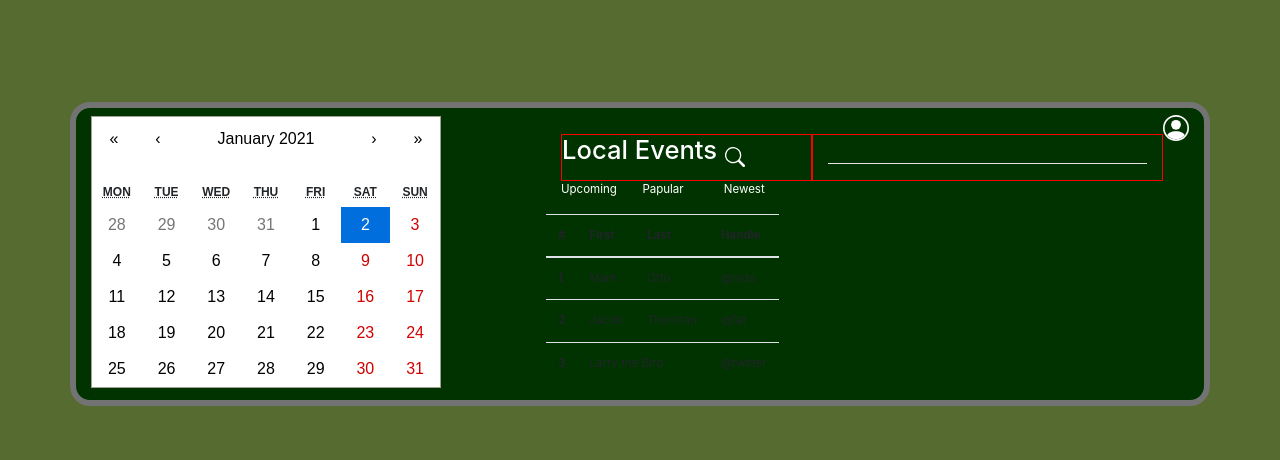
Repository: lalji-yadav/Calendar-code
Page: /
These files come from the project's save history. The page is drawn as it stood at one moment and after the next save; the edit follows.
The browser window is 1280 px wide. The pictures show the whole page.
The project was rebuilt for these pictures with package versions that can differ from the ones it lists, and the page was loaded fresh each time. Also part of the build but not shown: src/App.css.

Above is the page before, as saved 2021-01-03 15:41:52.

After the next save:
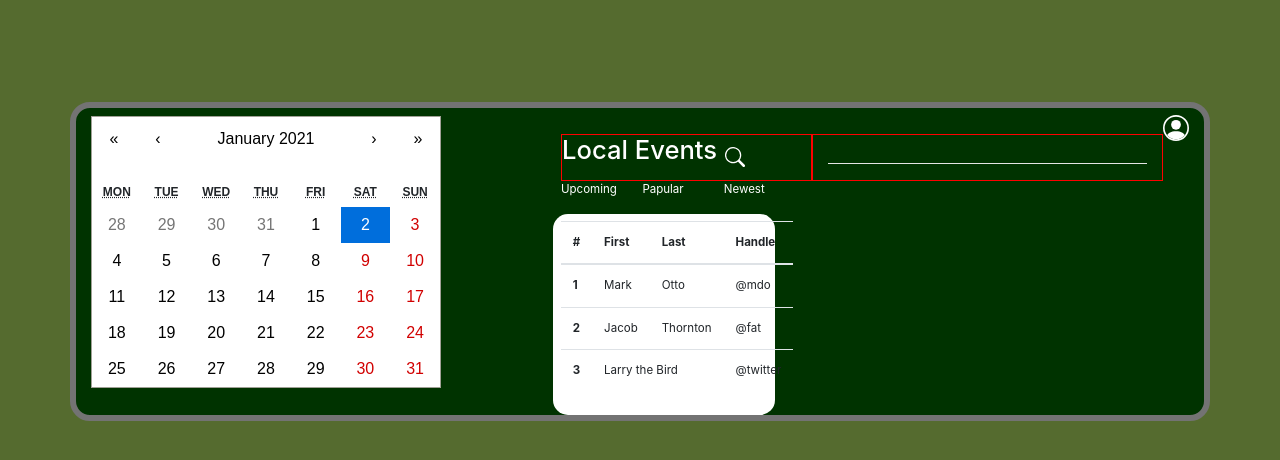
Saved 18 h 49 min later.
--- a/src/calendar/Home.js
+++ b/src/calendar/Home.js
@@ -51,8 +51,8 @@
 
              {/* Carosal design  */}
 
-             <div className="">
-                <table class="table">
+             <div className="tablebox">
+                <table className="table">
                     <thead>
                       <tr>
                         <th scope="col">#</th>
